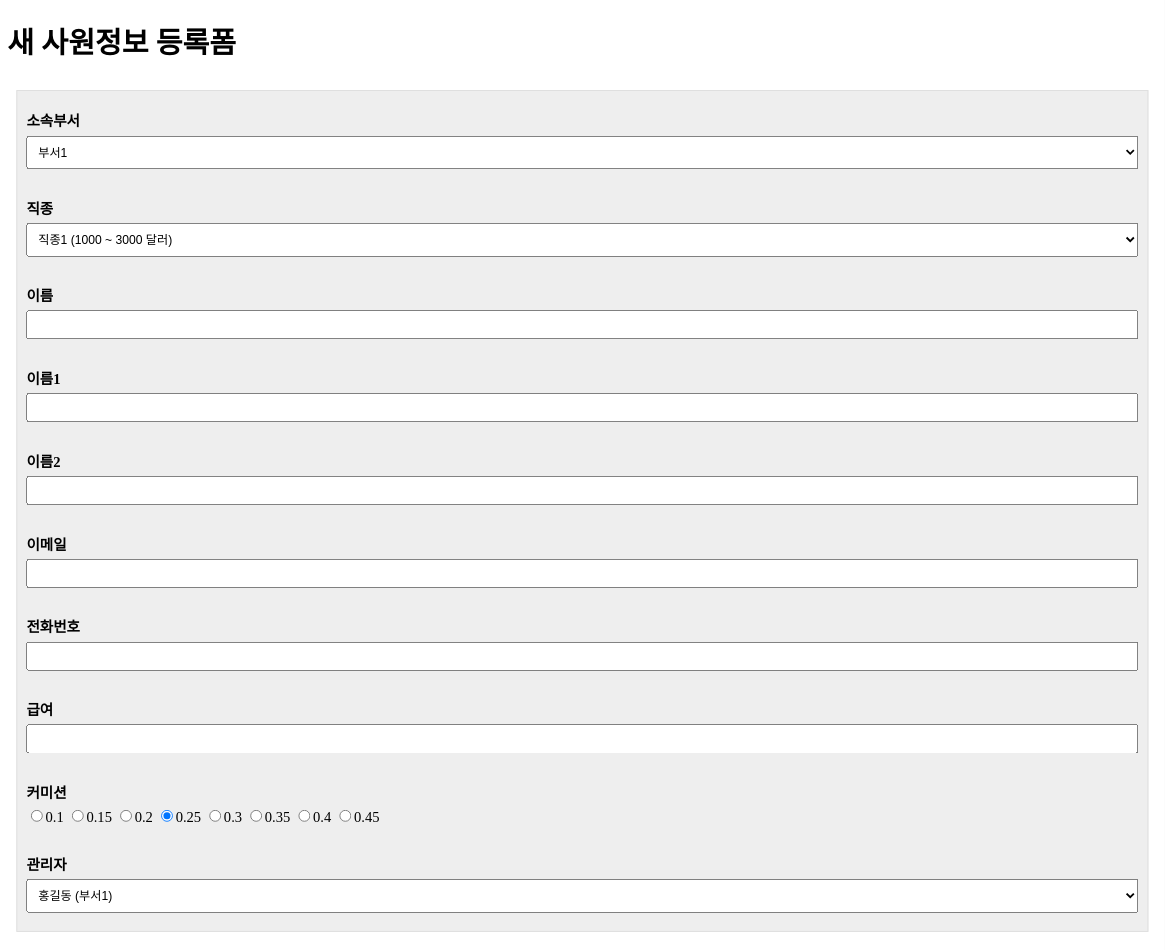
Repository: benpark0613/basic
Page: http://localhost/sample/hr/emp/form.jsp
The author's editor kept a copy of each file at every save. The page is drawn from the files as they stood at one save, then again after the next save.
The browser window is 1280 px wide. The pictures show the whole page, at 91% of full size.
The page is served by Tomcat 9.

Above is the page before, as saved 2021-11-12 05:38:40.

After the next save:
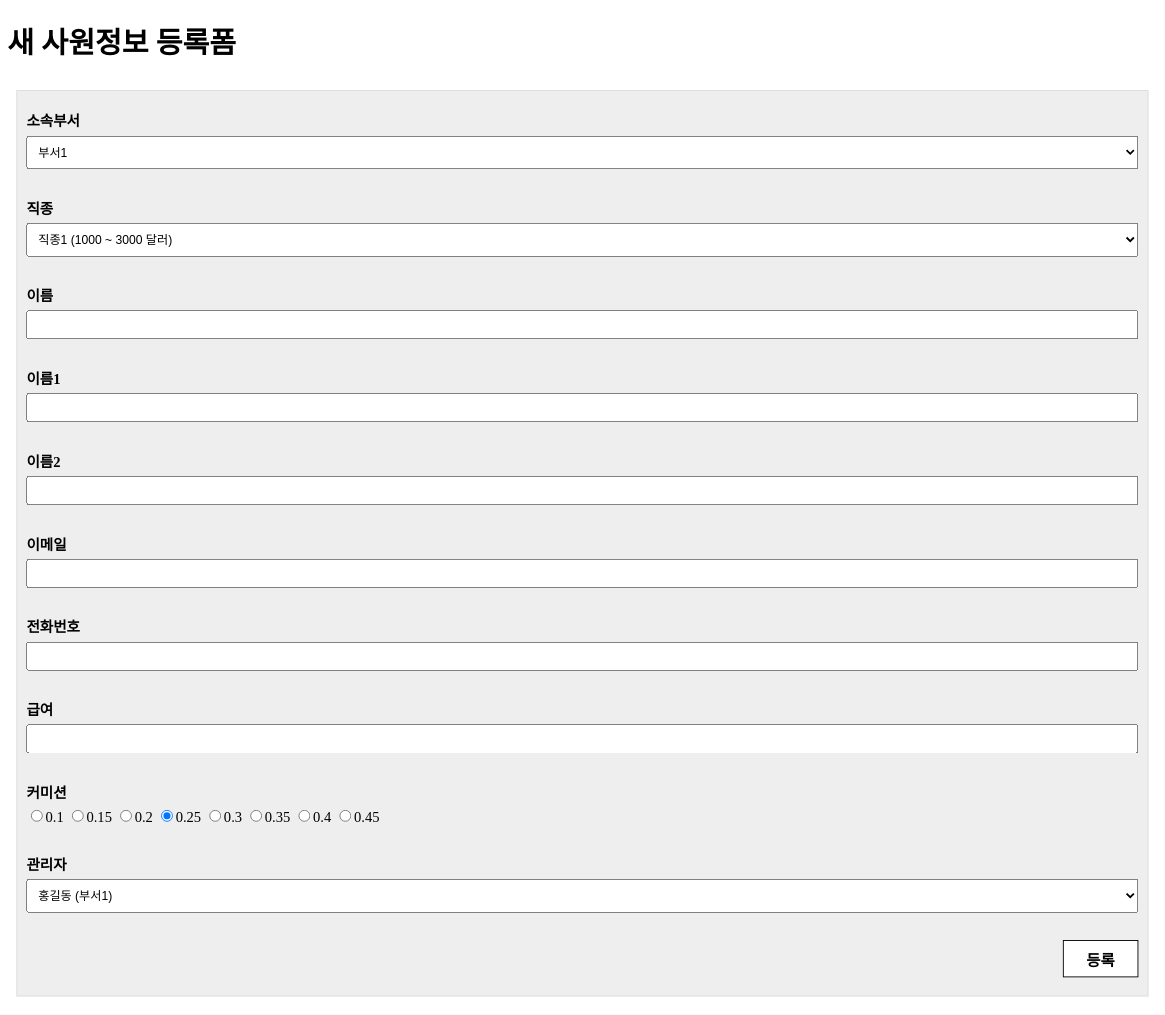
Saved 114 s later.
--- a/HR_app/sample/src/main/webapp/hr/emp/form.jsp
+++ b/HR_app/sample/src/main/webapp/hr/emp/form.jsp
@@ -71,6 +71,9 @@
 					<option value="">김유신 (부서3)</option>
 				</select>
 			</div>
+			<div class="text-right">
+				<button type="submit" class="btn">등록</button>
+			</div>
 		</form>
 	</div>
 </body>
